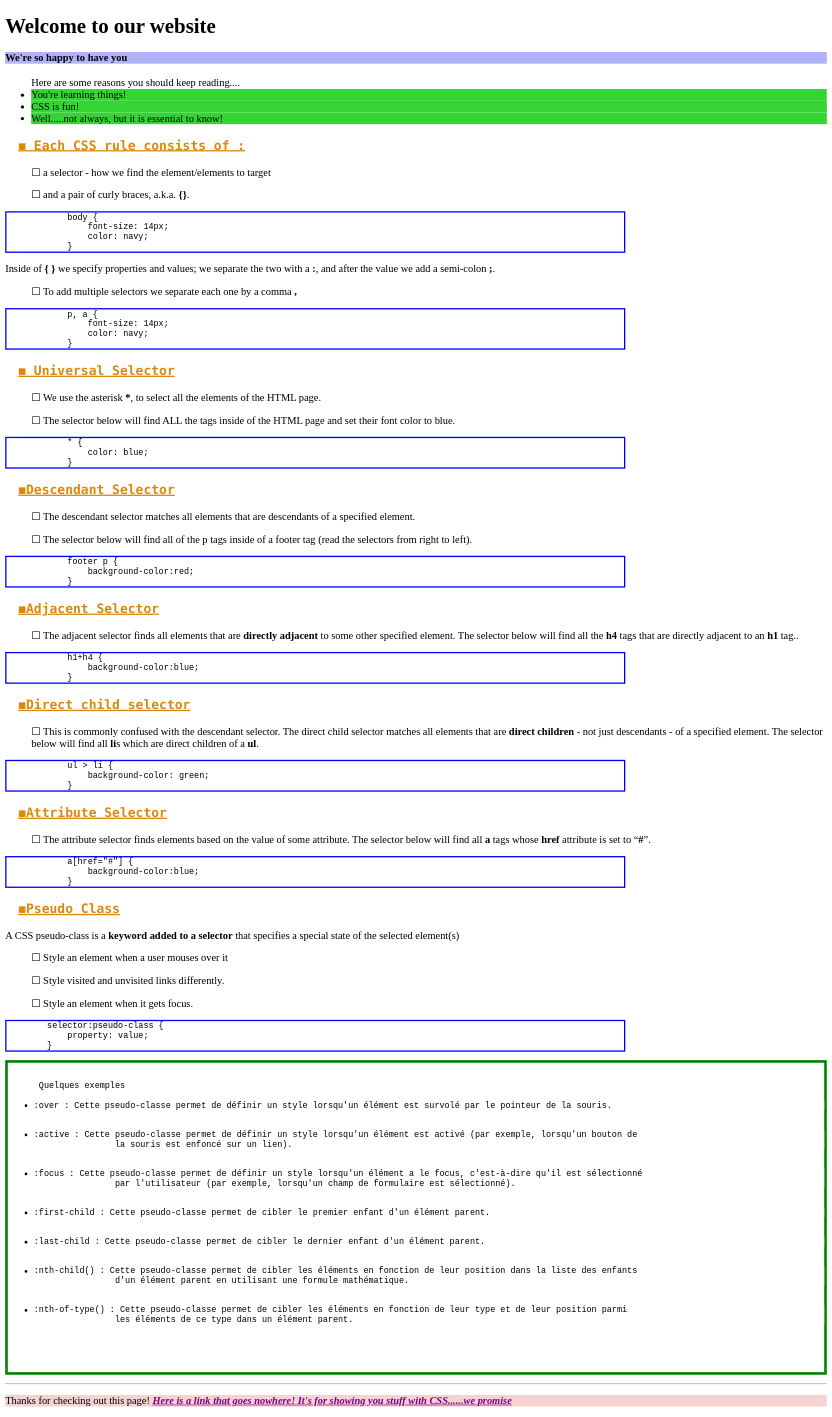
Repository: AnnaSpirit/Tests__
Page: CSS/Useful_Selectors.html
The author's editor kept a copy of each file at every save. The page is drawn from the files as they stood at one save, then again after the next save.
The browser window is 1280 px wide. The pictures show the whole page, at 65% of full size.

Above is the page before, as saved 2024-04-01 18:12:56.

### CSS/Useful_Selectors.html
<!DOCTYPE html>
<html lang="en">
<head>
    <meta charset="UTF-8">
    <meta name="viewport" content="width=device-width, initial-scale=1.0">
    <title>Useful Selectors</title>
    <link rel="stylesheet" href="style_Selectors.css">
</head>
<body>
    <header>
        <h1>Welcome to our website</h1>
        <h4>We're so happy to have you</h4>
    </header>
    <section>
        <ul> Here are some reasons you should keep reading....
            <li>You're learning things!</li>
            <li>CSS is fun!</li>
            <li>Well.....not always, but it is essential to know!</li>
        </ul>
    </section>
    <section>
        <h3 style="padding-left: 20px;"> &#9724; Each CSS rule consists of :</h3>
            <p style="padding-left: 40px;"> &#9744; a selector - how we find the element/elements to target</p>
            <p style="padding-left: 40px;"> &#9744; and a pair of curly braces, a.k.a. <b>{}</b>.</p>
    <span >
        <pre style="border: 2px solid blue; margin-right: 310px">
            body {
                font-size: 14px;
                color: navy;
            }</pre></span>
    <p>Inside of <b>{ }</b> we specify properties and values; we separate the two with a <b>:</b>, and after the value we add a semi-colon <b>;</b>.</p>
            <p style="padding-left: 40px;"> &#9744; To add multiple selectors we separate each one by a comma <b>,</b></p>
    <span>
        <pre style="border: 2px solid blue; margin-right: 310px">
            p, a {
                font-size: 14px;
                color: navy;
            }</pre>
        </span>
        <h3 style="padding-left: 20px;"> &#9724; Universal Selector</h3>
        <p style="padding-left: 40px;">&#9744; We use the asterisk <b>*</b>, to select all the elements of the HTML page.</p>
        <p style="padding-left: 40px;">&#9744; The selector below will find ALL the tags inside of the HTML page and set their font color to blue.</p>
    <span>
        <pre style="border: 2px solid blue; margin-right: 310px">
            * {
                color: blue;
            }</pre>
    </span>
    <h3 style="padding-left: 20px;"> &#9724;Descendant Selector</h3>
    <p style="padding-left: 40px;">&#9744; The descendant selector matches all elements that are descendants of a specified element.</p>
    <p style="padding-left: 40px;">&#9744; The selector below will find all of the p tags inside of a footer tag (read the selectors from right to left).</p>
    <span>
        <pre style="border: 2px solid blue; margin-right: 310px">
            footer p {
                background-color:red;
            }</pre>
    </span>
    <h3 style="padding-left: 20px;"> &#9724;Adjacent Selector</h3>
    <p style="padding-left: 40px;">&#9744; The adjacent selector finds all elements that are <b>directly adjacent</b> to some other specified element. The selector below
    will find all the <b>h4</b> tags that are directly adjacent to an <b>h1</b> tag..</p>
    <span>
        <pre style="border: 2px solid blue; margin-right: 310px">
            h1+h4 {
                background-color:blue;
            }</pre>
    </span>
    <h3 style="padding-left: 20px;"> &#9724;Direct child selector</h3>
    <p style="padding-left: 40px;">&#9744; This is commonly confused with the descendant selector. The direct child selector matches all elements that are <b>direct
    children</b> - not just descendants - of a specified element. The selector below will find all <b>li</b>s which are direct children
    of a <b>ul</b>.</p>
    <span>
        <pre style="border: 2px solid blue; margin-right: 310px">
            ul > li {
                background-color: green;
            }</pre>
    </span>
    <h3 style="padding-left: 20px;"> &#9724;Attribute Selector</h3>
    <p style="padding-left: 40px;">&#9744; The attribute selector finds elements based on the value of some attribute. The selector below will find all <b>a</b> tags
    whose <b>href</b> attribute is set to “<b>#</b>”.</p>
    <span>
        <pre style="border: 2px solid blue; margin-right: 310px">
            a[href="#"] {
                background-color:blue;
            }</pre>
    </span>

    <h3 style="padding-left: 20px;"> &#9724;Pseudo Class</h3>
    <p>A CSS pseudo-class is a <b> keyword added to a selector</b> that specifies a special state of the selected element(s)</p>
    <p style="padding-left: 40px;">&#9744; Style an element when a user mouses over it</p>
    <p style="padding-left: 40px;">&#9744; Style visited and unvisited links differently.</p>
    <p style="padding-left: 40px;">&#9744; Style an element when it gets focus.</p>
    <span>
        <pre style="border: 2px solid blue; margin-right: 310px">
        selector:pseudo-class {
            property: value;
        }</pre>
    </span>
    <span>
        <pre style="border: 4px solid green", height: 410px;>
            <ul> Quelques exemples
                <li>:over : Cette pseudo-classe permet de définir un style lorsqu'un élément est survolé par le pointeur de la souris.</li>
                <li>:active : Cette pseudo-classe permet de définir un style lorsqu'un élément est activé (par exemple, lorsqu'un bouton de
                la souris est enfoncé sur un lien).</li>
                <li>:focus : Cette pseudo-classe permet de définir un style lorsqu'un élément a le focus, c'est-à-dire qu'il est sélectionné
                par l'utilisateur (par exemple, lorsqu'un champ de formulaire est sélectionné).</li>
                <li>:first-child : Cette pseudo-classe permet de cibler le premier enfant d'un élément parent.</li>
                <li>:last-child : Cette pseudo-classe permet de cibler le dernier enfant d'un élément parent.</li>
                <li>:nth-child() : Cette pseudo-classe permet de cibler les éléments en fonction de leur position dans la liste des enfants
                d'un élément parent en utilisant une formule mathématique.</li>
                <li>:nth-of-type() : Cette pseudo-classe permet de cibler les éléments en fonction de leur type et de leur position parmi
                les éléments de ce type dans un élément parent.</li>
            </ul>
        </pre>
    </span>
    </section>
    <hr>
    <footer>

        <p>
            Thanks for checking out this page!
            <a href="#">Here is a link that goes nowhere! It's for showing you stuff with CSS......we promise</a>
        </p>
    </footer>
</body>
</html>

### CSS/style_Selectors.css
/* Universal Selector */
/* * {
    color: brown;
} */
ul>li {
    background-color: rgb(53, 212, 53);
}

h3{
    color: rgb(218, 137, 14);
    font-family: "Lucida Console", Monaco, monospace;
    font-size: 20px;
    color: #DA890E;
    text-decoration: underline rgb(218, 137, 14);
}
h1+h4 {
    background-color: rgb(178, 178, 248);
}
a[href="#"] {
    color: purple;
    font-weight: bold;
    font-style: italic;
}

footer p {
    background-color: rgb(245, 211, 211);
}
pre>ul>li {
    background-color: white;
}

After the next save:
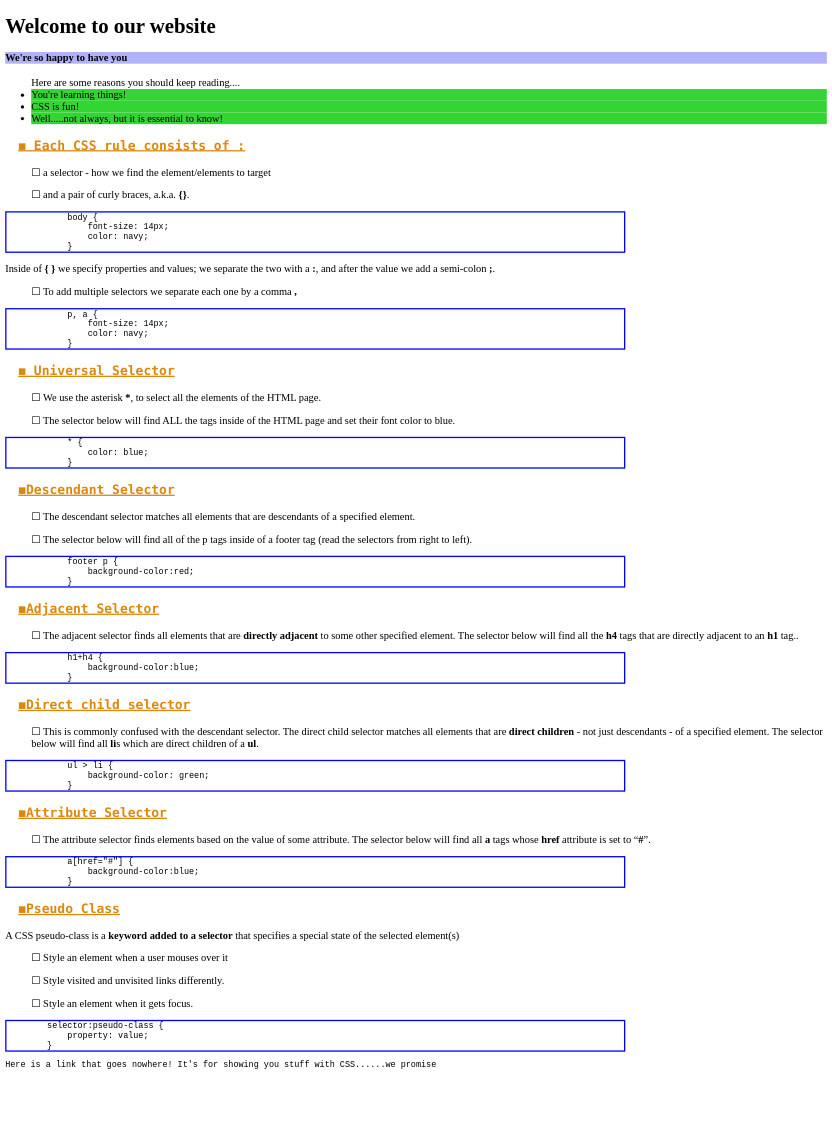
Saved 11 s later.
--- a/CSS/Useful_Selectors.html
+++ b/CSS/Useful_Selectors.html
@@ -96,7 +96,7 @@
         }</pre>
     </span>
     <span>
-        <pre style="border: 4px solid green", height: 410px;>
+        <pre style="border: 4px solid green, height: 410px;>
             <ul> Quelques exemples
                 <li>:over : Cette pseudo-classe permet de définir un style lorsqu'un élément est survolé par le pointeur de la souris.</li>
                 <li>:active : Cette pseudo-classe permet de définir un style lorsqu'un élément est activé (par exemple, lorsqu'un bouton de
